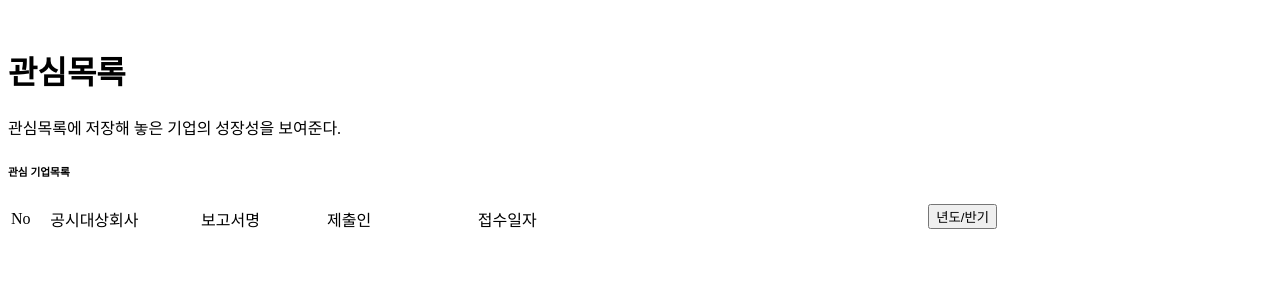
Repository: bangProgram/PJT_Finance
Page: http://localhost/Finance/WEB-INF/views/dart/dartReportList.jsp
An editor plug-in stored every save of this project. The page is shown before and after the next save, followed by the edit.
The browser window is 1280 px wide. The pictures show the whole page.
The page is served by Tomcat 9. Nobody is signed in. The template is opened directly, without the code that normally fills it, so the values that code supplies are empty.

Above is the page before, as saved 2022-11-08 05:49:47.
Console error: SyntaxError: Unexpected token ','

After the next save:
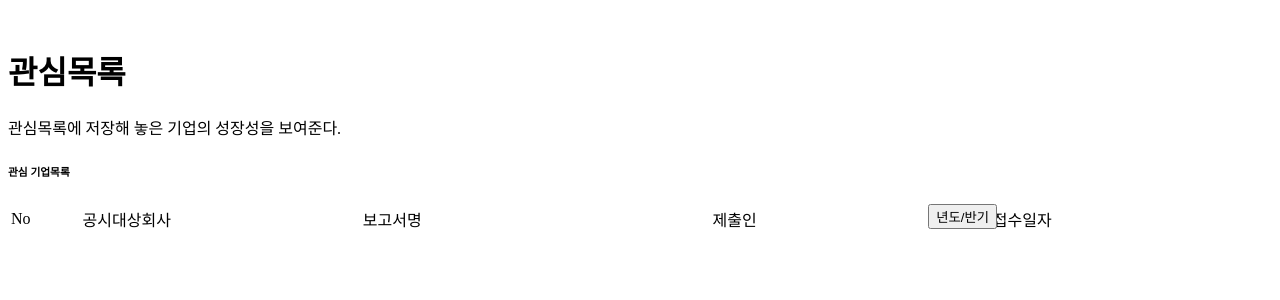
Saved 46 s later.
--- a/Finance/src/main/webapp/WEB-INF/views/dart/dartReportList.jsp
+++ b/Finance/src/main/webapp/WEB-INF/views/dart/dartReportList.jsp
@@ -93,17 +93,11 @@
                 </div>
                 <table id="yearReprtList" class="table table-bordered" id="dataTable" width="100%" >
                 	<colgroup>
-                		<col width="3%"/>
-                		<col width="12%"/>
-                		<col width="10%"/>
-                		<col width="12%"/>
-                		<col width="12%"/>
-                		<col width="12%"/>
-                		<col width="12%"/>
-                		<col width="12%"/>
                 		<col width="5%"/>
-                		<col width="5%"/>
-                		<col width="5%"/>
+                		<col width="20%"/>
+                		<col width="25%"/>
+                		<col width="20%"/>
+                		<col width="20%"/>
                 	</colgroup>
                     <thead id="tableHead">
 			            <tr>
